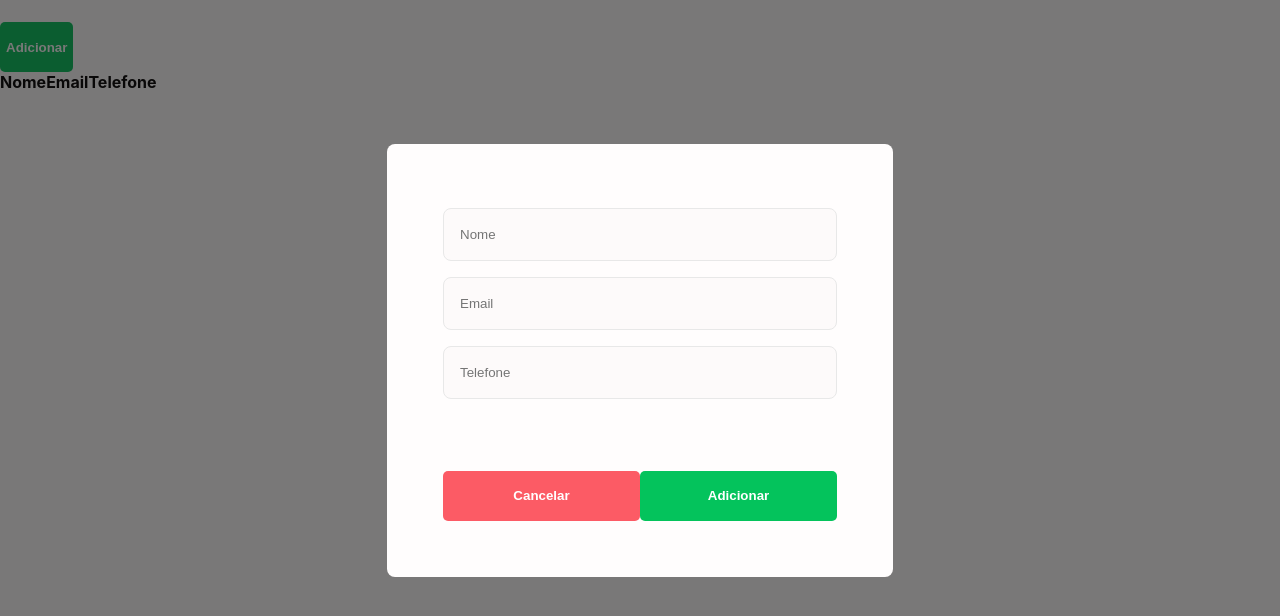
Repository: Henry-Loiola/agenda-contatos
Page: /, after clicking the first element matching `button.btn`
These files come from the project's save history. The page is drawn as it stood at one moment and after the next save; the edit follows.
The browser window is 1280 px wide. The pictures show the whole page.
The project was rebuilt for these pictures with package versions that can differ from the ones it lists, and the page was loaded fresh each time.

Above is the page before, as saved 2024-08-19 20:06:24.

After the next save:
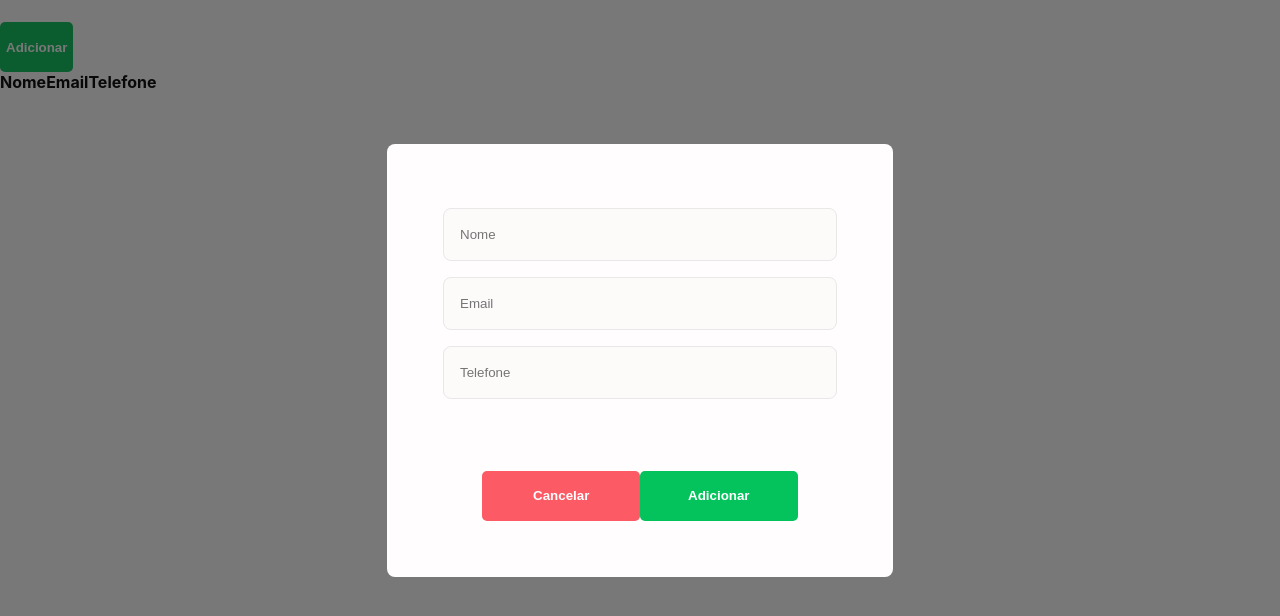
Saved 23 s later.
--- a/src/components/ModalAddEdit/styles.css
+++ b/src/components/ModalAddEdit/styles.css
@@ -22,7 +22,7 @@
   }
 
   .buttons-confirm button {
-    width: 50%;
+    width: 40%;
   }
 
   .btn-confirm-insert {
